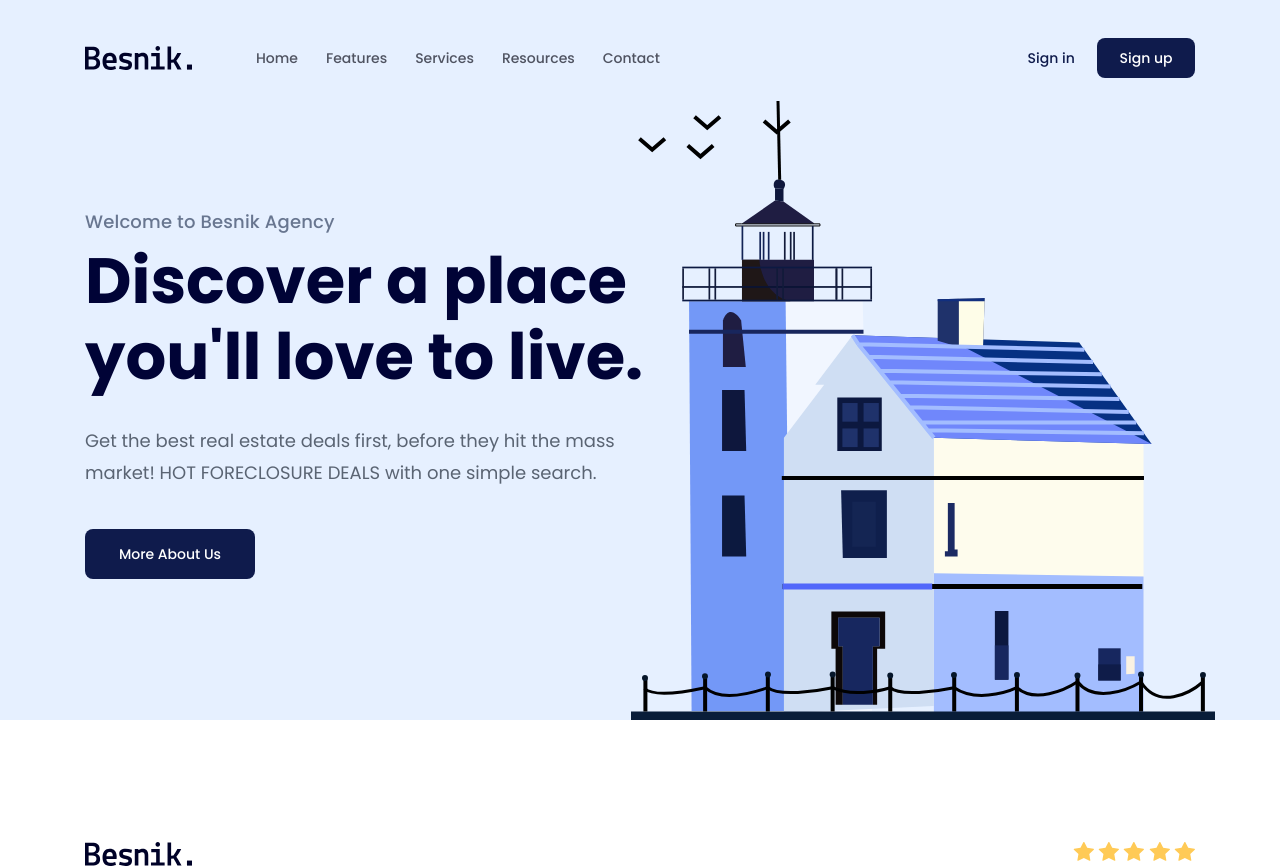
Repository: Tibi2003/f8-htmlcss-01
Page: index.html
An editor plug-in stored every save of this project. The page is shown before and after the next save, followed by the edit.
The browser window is 1280 px wide. The pictures show the whole page.

Above is the page before, as saved 2024-02-08 10:25:12.

### index.html
<!DOCTYPE html>
<html lang="en">
	<head>
		<meta charset="UTF-8" />
		<meta name="viewport" content="width=device-width, initial-scale=1.0" />
		<title>F8 Project 01</title>
		<link rel="stylesheet" href="./assets/css/reset.css" />
		<link rel="preconnect" href="https://fonts.googleapis.com" />
		<link rel="preconnect" href="https://fonts.gstatic.com" crossorigin />
		<link
			href="https://fonts.googleapis.com/css2?family=Poppins:wght@400;500;600;700&display=swap"
			rel="stylesheet" />
		<!-- <link rel="stylesheet" href="./assets/fonts/stylesheet.css" /> -->
		<link rel="stylesheet" href="./assets/css/styles.css" />
	</head>
	<body>
		<main>
			<!-- Header -->
			<header class="header">
				<div class="content">
					<nav class="navbar">
						<!-- Logo -->
						<img src="./assets/img/logo.svg" alt="Besnik." />
						<!-- Navigation -->
						<ul>
							<li><a href="#!">Home</a></li>
							<li><a href="#!">Features</a></li>
							<li><a href="#!">Services</a></li>
							<li><a href="#!">Resources</a></li>
							<li><a href="#!">Contact</a></li>
						</ul>
						<!-- Action -->
						<div class="actions">
							<a href="#!" class="action-link">Sign in</a>
							<a href="#!" class="btn action-btn">Sign up</a>
						</div>
					</nav>

					<div class="hero">
						<div class="info">
							<p class="sub-title">Welcome to Besnik Agency</p>
							<h1 class="title">
								Discover a place you'll love to live.
							</h1>
							<p class="desc">
								Get the best real estate deals first, before
								they hit the mass market! HOT FORECLOSURE DEALS
								with one simple search.
							</p>
							<!-- Call to action -->
							<a href="" class="btn hero-cta">More About Us</a>
						</div>

						<img
							src="./assets/img/hero-img.svg"
							alt="Discover a place you'll love to live."
							class="hero-img" />
					</div>
				</div>
			</header>

			<!-- Clients -->
			<div class="clients">
				<div class="content">
					<div class="row">
						<!-- Logo -->
						<img src="./assets/img/logo.svg" alt="Besnik." />

						<!-- Stars -->
						<div class="stars">
							<img src="./assets/img/star.svg" alt="Star" />
							<img src="./assets/img/star.svg" alt="Star" />
							<img src="./assets/img/star.svg" alt="Star" />
							<img src="./assets/img/star.svg" alt="Star" />
							<img src="./assets/img/star.svg" alt="Star" />
						</div>
					</div>
				</div>
			</div>
		</main>
	</body>
</html>

### assets/css/styles.css
* {
	box-sizing: border-box;
}

:root {
	--primary-color: #0f1b4c;
}

html {
	font-size: 62.5%;
}

body {
	font-size: 1.6rem;
	font-family: "Poppins", sans-serif;
}

/* Common */
a {
	text-decoration: none;
}

.btn {
	display: inline-block;
	min-width: 98px;
	padding: 18px 16px;
	border-radius: 8px;
	background: var(--primary-color);
	font-size: 1.4rem;
	font-weight: 500;
	text-align: center;
	color: #ffffff;
}

.btn:hover {
	opacity: 0.9;
}

.content {
	width: 1110px;
	max-width: calc(100% - 48px);
	margin-left: auto;
	margin-right: auto;
}

/* Header */
.header {
	position: relative;
	background: #e6f0ff;
	height: 100vh;
}

.navbar {
	display: flex;
	align-items: center;
	padding-top: 38px;
}

.navbar ul {
	display: flex;
	margin-left: 50px;
}

.navbar .actions {
	margin-left: auto;
}

.navbar ul a {
	font-size: 1.4rem;
	font-weight: 500;
	color: #4f5361;
	padding: 8px 14px;
}

.navbar ul a:hover {
	text-decoration: underline;
}

.navbar .action-link {
	font-weight: 500;
	font-size: 1.4rem;
	color: var(--primary-color);
}

.navbar .action-btn {
	padding: 13px 16px;
	margin-left: 18px;
}

.hero {
	margin-top: 130px;
}

.hero .info {
	width: 51%;
}

.hero .sub-title {
	font-size: 1.8rem;
	font-weight: 500;
	line-height: 1.5;
	letter-spacing: 0.01em;
	color: #687690;
}

.hero .title {
	margin-top: 8px;
	font-size: 6.4rem;
	font-weight: 700;
	line-height: 1.19;
	color: #000336;
}

.hero .desc {
	margin-top: 30px;
	font-size: 1.8rem;
	font-weight: 400;
	line-height: 1.78;
	color: #5a6473;
}

.hero-cta {
	min-width: 170px;
	margin-top: 40px;
}

.hero-img {
	position: absolute;
	right: 65px;
	bottom: 0;
}

/* Clients */
.clients {
	margin-top: 122px;
}

.clients .row {
	display: flex;
	justify-content: space-between;
}

Loaded but not shown: assets/css/reset.css (common file)

After the next save:
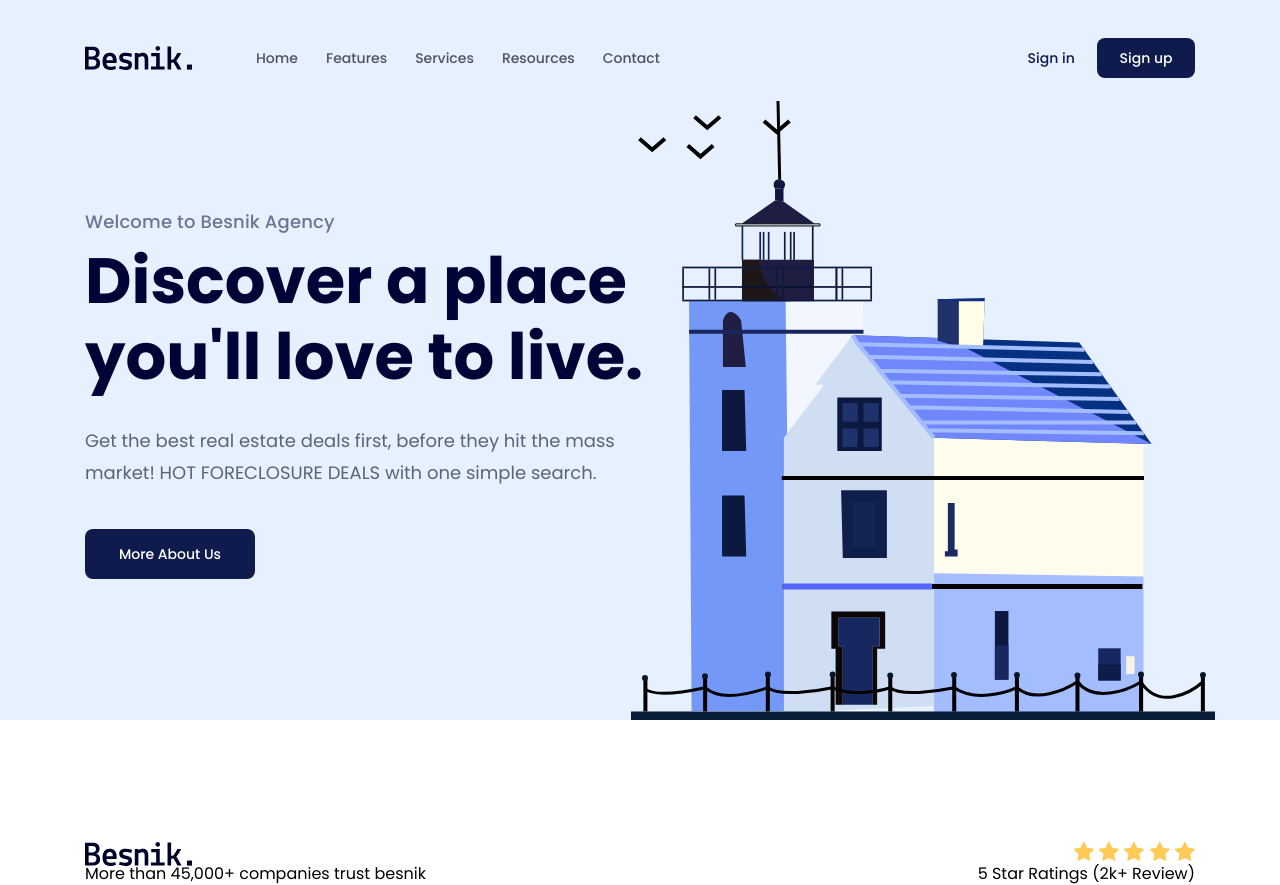
Saved 82 s later.
--- a/index.html
+++ b/index.html
@@ -75,6 +75,10 @@
 							<img src="./assets/img/star.svg" alt="Star" />
 						</div>
 					</div>
+					<div class="row">
+						<p>More than 45,000+ companies trust besnik</p>
+						<p>5 Star Ratings (2k+ Review)</p>
+					</div>
 				</div>
 			</div>
 		</main>
